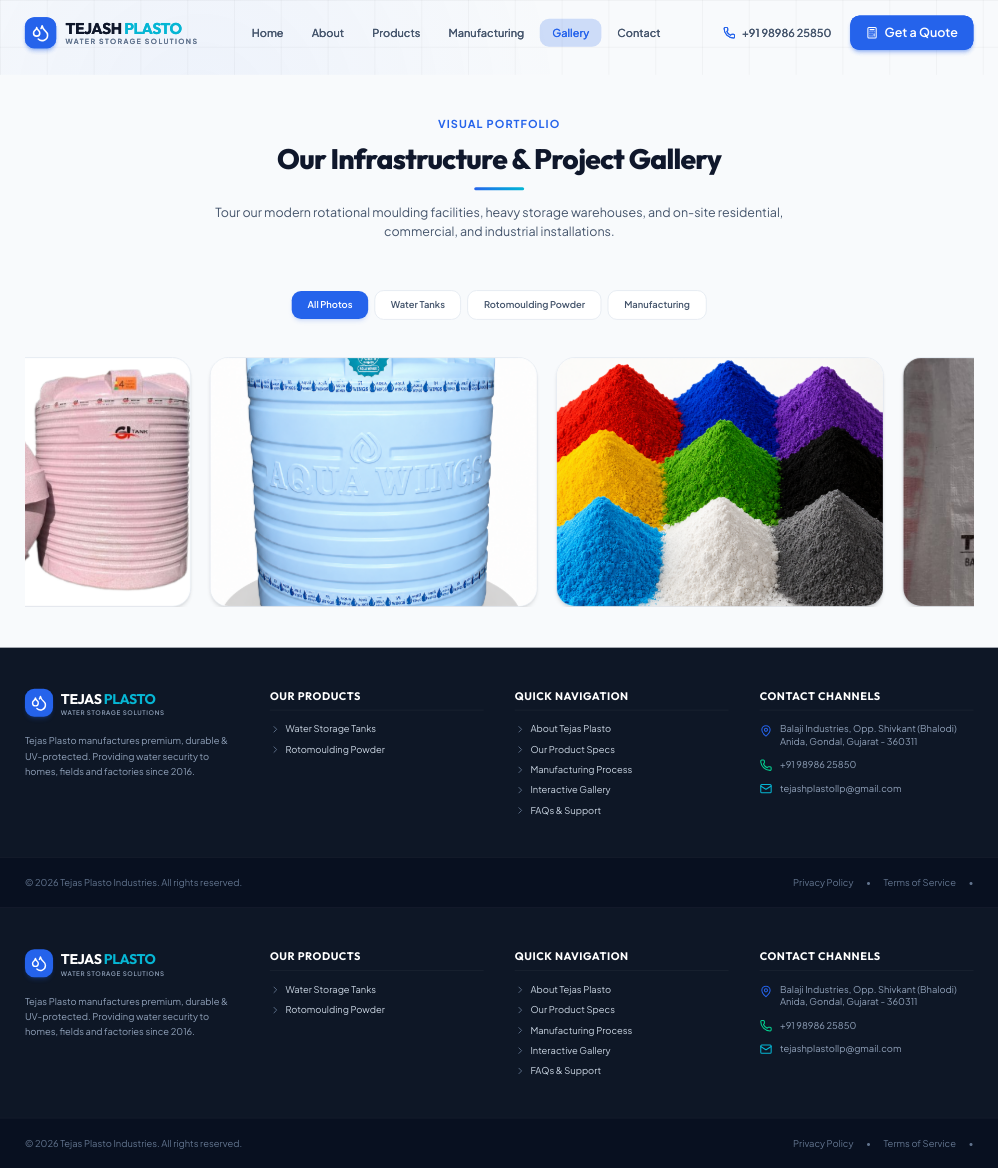
Repository: NikunjRajpara/TejasPlasto
Page: /gallery
The author's editor kept a copy of each file at every save. The page is drawn from the files as they stood at one save, then again after the next save.
The browser window is 1280 px wide. The pictures show the whole page, at 78% of full size.
The project was rebuilt for these pictures with package versions that can differ from the ones it lists, and the page was loaded fresh each time. Also part of the build but not shown: vite.config.js, src/components/Hero.jsx, src/components/CompanyOverview.jsx, src/components/ProductCategories.jsx, src/components/WhyChooseUs.jsx, src/components/ManufacturingProcess.jsx, src/components/Testimonials.jsx, src/components/FAQ.jsx and 6 more.

Above is the page before, as saved 2026-07-09 15:31:45.

After the next save:
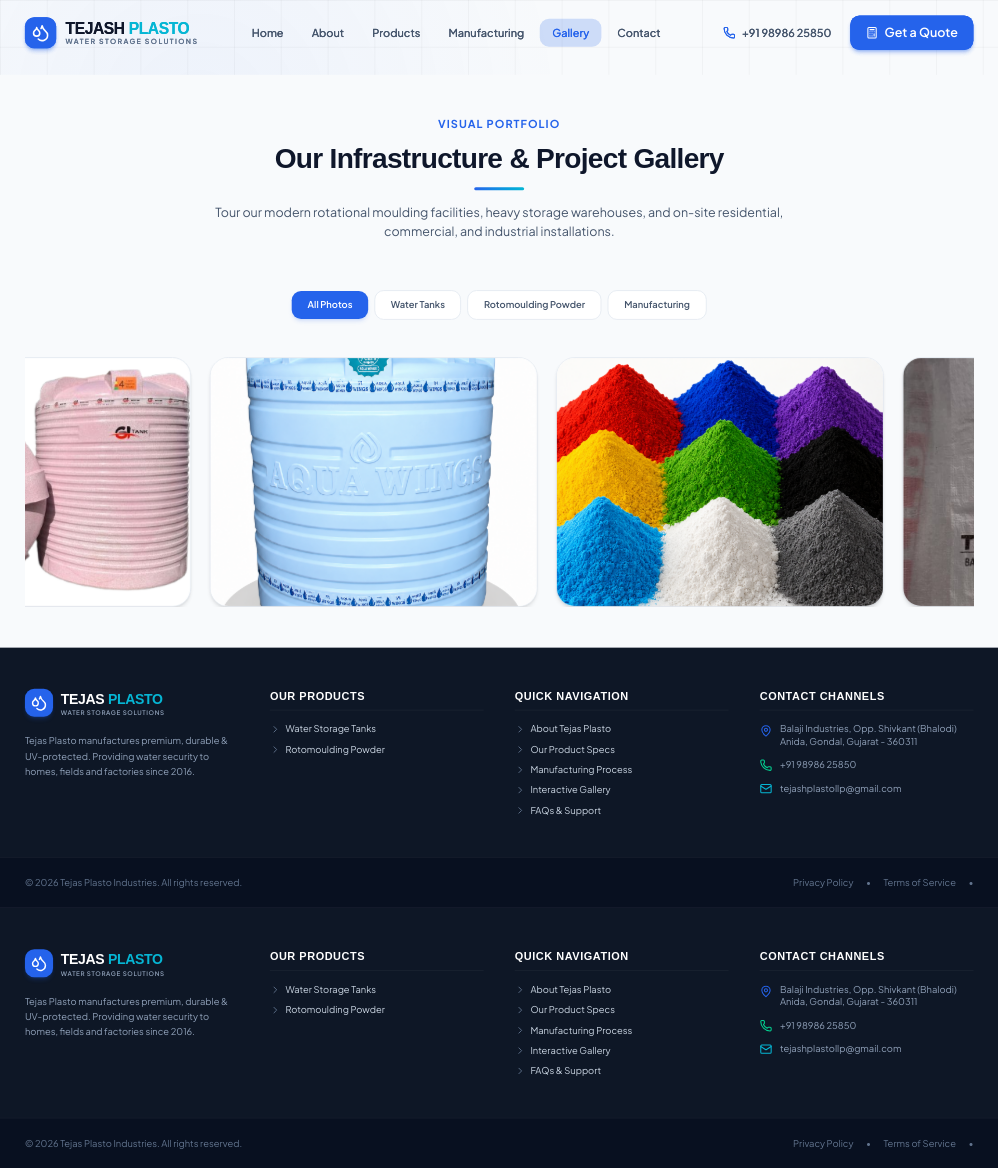
Saved 9 min 32 s later.
--- a/src/index.css
+++ b/src/index.css
@@ -3,7 +3,7 @@
 
 @theme {
 	--font-sans: "Plus Jakarta Sans", sans-serif;
-	--font-display: "Outfit", sans-serif;
+	--font-display: "Comic Sans MS", sans-serif;
 
 	--color-primary: #2563EB;
 	--color-secondary: #06B6D4;
